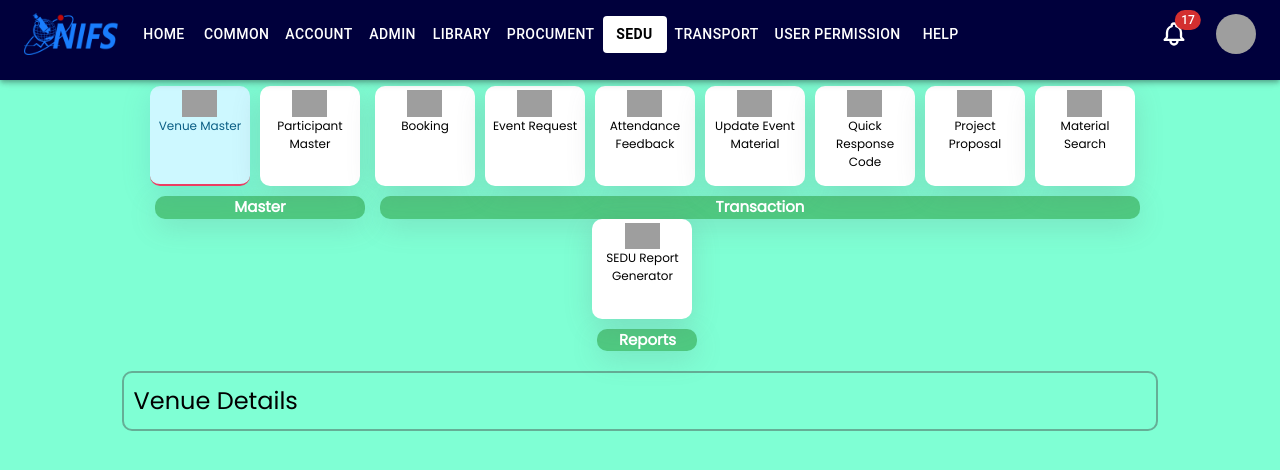
Repository: virangaj/NIFS-WebApp
Page: /sedu/venue-master (app in client/)
An editor plug-in stored every save of this project. The page is shown before and after the next save, followed by the edit.
The browser window is 1280 px wide. The pictures show the whole page.
Pictures or frames that could not be fetched are drawn as grey boxes. The project was rebuilt for these pictures with package versions that can differ from the ones it lists, and the page was loaded fresh each time. Also part of the build but not shown: client/src/pages/Login.tsx, client/src/pages/Home.tsx, client/src/components/Transport/shared/TransportNavbar.js, client/src/pages/TransportMainPage.tsx, client/src/pages/CommonMainPage.tsx, client/src/pages/AccountMainPage.tsx, client/src/pages/AdminMainPage.tsx, client/src/pages/LibraryMainPage.js and 14 more.

Above is the page before, as saved 2022-07-30 14:43:19.

### client/public/index.html
<!DOCTYPE html>
<html lang="en">
	<head>
		<meta charset="utf-8" />
		<link rel="icon" href="nifs_logo.png" />
		<meta name="viewport" content="width=device-width, initial-scale=1" />
		<meta name="theme-color" content="#000000" />
		<meta
			name="description"
			content="Web site created using create-react-app"
		/>
		<link rel="apple-touch-icon" href="%PUBLIC_URL%/logo192.png" />
		<!--
      manifest.json provides metadata used when your web app is installed on a
      user's mobile device or desktop. See https://developers.google.com/web/fundamentals/web-app-manifest/
    -->
		<link rel="manifest" href="%PUBLIC_URL%/manifest.json" />
		<!--
      Notice the use of %PUBLIC_URL% in the tags above.
      It will be replaced with the URL of the `public` folder during the build.
      Only files inside the `public` folder can be referenced from the HTML.

      Unlike "/favicon.ico" or "favicon.ico", "%PUBLIC_URL%/favicon.ico" will
      work correctly both with client-side routing and a non-root public URL.
      Learn how to configure a non-root public URL by running `npm run build`.
    -->
		<link
			href="https://fonts.googleapis.com/css?family=Poppins"
			rel="stylesheet"
		/>
		<title>NIFS Dashboard</title>
	</head>
	<body>
		<noscript>You need to enable JavaScript to run this app.</noscript>
		<div id="root"></div>
		<!--
      This HTML file is a template.
      If you open it directly in the browser, you will see an empty page.

      You can add webfonts, meta tags, or analytics to this file.
      The build step will place the bundled scripts into the <body> tag.

      To begin the development, run `npm start` or `yarn start`.
      To create a production bundle, use `npm run build` or `yarn build`.
    -->
	</body>
</html>

### client/src/index.css
@tailwind base;
@tailwind components;
@tailwind utilities;

* {
  margin: 0;
}

body {
  font-family: 'Poppins';
  -webkit-font-smoothing: antialiased;
  -moz-osx-font-smoothing: grayscale;
  background-color: aliceblue;
}

:root {
  --main-navbar-back: #00003c;
  --nav-title-section-back: rgba(47, 163, 72, 0.589);
  --white: #fff;
  --black: #000;
  --gray: rgba(68, 68, 68, 0.432);
  --border-radius: 10px;
  --pimary: rgb(10, 94, 133);
  --warning: #ed3d63;

}


.nav-logo {
  width: 100px;
  height: auto;
}

a {
  text-decoration: none;
}


/* main navbar */
.main-navbar {
  background-color: var(--main-navbar-back) !important;
  width: 100% !important;
  height: 80px !important;

}



/* secondary navbar */
.secondary-navbar {
  margin: auto;
}

.nav-flex-section {
  display: -webkit-flex;
  display: -ms-flexbox;
  display: flex;
  -webkit-flex-wrap: wrap;
  -ms-flex-wrap: wrap;
  flex-wrap: wrap;
  justify-content: center;
}

.nav-flex-inside {
  margin-left: 5px;
  margin-left: 5px;
}

.nav-title {
  font-size: 15px;
  text-align: center;
  color: var(--white);
  font-weight: 600;

}

.nav-title-section {
  border-radius: var(--border-radius);
  background-color: var(--nav-title-section-back);
  box-shadow: rgba(100, 100, 111, 0.2) 0px 7px 29px 0px;
  pointer-events: none;
  margin-left: 10px;
  margin-left: 10px;
}

.nav-icon {
  width: 40px;
}

.nav-link {
  display: flex;
  display: -webkit-flex;
  display: -ms-flexbox;
  flex-direction: column;
  align-items: center;
  font-size: 14px;
  margin-left: 5px;
  margin-right: 5px;
  border: none;
  box-shadow: rgba(100, 100, 111, 0.2) 0px 7px 29px 0px;
  padding: 4px 8px 6px 8px;
  margin-bottom: 10px;
  text-align: center;
  width: 125px;
  border-radius: var(--border-radius);
  background-color: var(--white);
  outline: none;
  min-height: 100px;
}

.nav-link:hover {
  color: var(--pimary);
  cursor: pointer;
  box-shadow: rgba(81, 146, 177, 0.2) 0px 7px 29px 0px;
  background-color: rgb(254, 255, 205);
  border-bottom: 2px solid var(--warning);
}


.nav-link:active {
  color: var(--pimary);
  cursor: pointer;
  box-shadow: rgba(81, 146, 177, 0.2) 0px 7px 29px 0px;
  background-color: rgb(205, 248, 255);
  border-bottom: 2px solid var(--warning);
}

.nav-link-active {
  color: var(--pimary);
  cursor: pointer;
  box-shadow: rgba(81, 146, 177, 0.2) 0px 7px 29px 0px;
  background-color: rgb(205, 248, 255);
  border-bottom: 2px solid var(--warning);
}

/* body content*/
.body-content {
  margin: auto;
  width: 90%;
  margin-top: 12vh;

}

/* main page content */
.main-content {
  width: 90%;
  margin: auto;
  margin-top: 20px;
}

/* sub page content */

.sub-body-content {
  border: 2px solid var(--gray);
  border-radius: var(--border-radius);
  padding: 10px;
}

.sub-body-title {
  font-size: 24px;
}



/* error page */
.error-page {
  border: 2px solid var(--gray);
  border-radius: var(--border-radius);
  height: 50vh;
  width: 50vw;
  margin: auto;
  margin-top: 50px;
}

.error-page-content {
  text-align: center;
  margin-top: 50px;
}

.error-page-content h1 {
  font-size: 100px;
  color: var(--warning);
  font-weight: 700;
  pointer-events: none;

}

.error-page-content p {
  font-size: 20px;
  margin-bottom: 20px;
  pointer-events: none;
}


@media screen and (max-width: 1366px) {
  body {
    background-color: aquamarine;
  }

  .nav-link {
    font-size: 12px;
    padding: 4px 4px 6px 4px;
    width: 100px;
    min-height: 100px;
  }

  .nav-icon {
    width: 35px;
  }
}

### client/src/App.tsx
import React, { useEffect } from 'react';
import Navbar from './components/shared/Navbar';
import Login from './pages/Login'
import { BrowserRouter as Router, Route, Routes } from 'react-router-dom'
import Home from './pages/Home';
import TransportMainPage from './pages/TransportMainPage';
import CommonMainPage from './pages/CommonMainPage';
import AccountMainPage from './pages/AccountMainPage';
import AdminMainPage from './pages/AdminMainPage';
import LibraryMainPage from './pages/LibraryMainPage';
import ProcumentMainPage from './pages/ProcumentMainPage';
import SeduMainPage from './pages/SeduMainPage';
import UserPermissionMainPage from './pages/UserPermissionMainPage';
import NotificationMainPage from './pages/NotificationMainPage';
import HelpMainPage from './pages/HelpMainPage';
import ErrorPage from './pages/ErrorPage';


function App() {


  return (
    <Router>
      <Navbar />
      <Routes>

        <Route path="/login" element={<Login />} />
        <Route path="/" element={<Home />} />
        <Route path="/common/*" element={<CommonMainPage />} />
        <Route path="/account/*" element={<AccountMainPage />} />
        <Route path="/admin/*" element={<AdminMainPage />} />
        <Route path="/library/*" element={<LibraryMainPage />} />
        <Route path="/procument/*" element={<ProcumentMainPage />} />
        <Route path="/sedu/*" element={<SeduMainPage />} />
        <Route path="/transport/*" element={<TransportMainPage />} />
        <Route
          path="/user-permission/*"
          element={<UserPermissionMainPage />}
        />
        <Route
          path="/notification/*"
          element={<NotificationMainPage />}
        />
        <Route path="/help/*" element={<HelpMainPage />} />
        <Route path="/error-404" element={<ErrorPage />} />
      </Routes>


    </Router>
  );
}

export default App;

### client/src/components/shared/Navbar.tsx
import * as React from 'react';
import AppBar from '@mui/material/AppBar';
import Box from '@mui/material/Box';
import Toolbar from '@mui/material/Toolbar';
import IconButton from '@mui/material/IconButton';
import Typography from '@mui/material/Typography';
import Menu from '@mui/material/Menu';
import Container from '@mui/material/Container';
import Avatar from '@mui/material/Avatar';
import Button from '@mui/material/Button';
import Tooltip from '@mui/material/Tooltip';
import MenuItem from '@mui/material/MenuItem';
import { HiMenuAlt2, HiOutlineBell } from "react-icons/hi";
import Badge from '@mui/material/Badge';
import Logo from '../../images/nifs_logo.png'
import { Link, useLocation } from 'react-router-dom';
import Pages from '../data/MainNavPages.json';

const settings = [
    {
        id: 0,
        title: 'Login',
        link: '/login',
    },
];
const Navbar = () => {

    // nav bar function and variables
    const location: any = useLocation();

    const [anchorElNav, setAnchorElNav] = React.useState<null | HTMLElement>(null);
    const [anchorElUser, setAnchorElUser] = React.useState<null | HTMLElement>(null);

    const handleOpenNavMenu = (event: React.MouseEvent<HTMLElement>) => {
        setAnchorElNav(event.currentTarget);
    };
    const handleOpenUserMenu = (event: React.MouseEvent<HTMLElement>) => {
        setAnchorElUser(event.currentTarget);
    };

    const handleCloseNavMenu = () => {
        setAnchorElNav(null);
    };

    const handleCloseUserMenu = () => {
        setAnchorElUser(null);
    };

    return (
        <AppBar position="fixed" className="main-navbar">
            <Container maxWidth="xl">
                <Toolbar disableGutters>
                    {/*Responsive view start here  */}
                    <Box sx={{ display: { xs: 'none', md: 'flex' }, mr: 1 }}>
                        <Link to='/'>
                            <img src={Logo} alt="logo" className="nav-logo" />
                        </Link>
                    </Box>


                    <Box sx={{ flexGrow: 1, display: { xs: 'flex', md: 'none' } }}>
                        <IconButton
                            size="large"
                            aria-label="account of current user"
                            aria-controls="menu-appbar"
                            aria-haspopup="true"
                            onClick={handleOpenNavMenu}
                            color="inherit"
                        >
                            <HiMenuAlt2 />
                        </IconButton>
                        <Menu
                            id="menu-appbar"
                            anchorEl={anchorElNav}
                            anchorOrigin={{
                                vertical: 'bottom',
                                horizontal: 'left',
                            }}
                            keepMounted
                            transformOrigin={{
                                vertical: 'top',
                                horizontal: 'left',
                            }}
                            open={Boolean(anchorElNav)}
                            onClose={handleCloseNavMenu}
                            sx={{
                                display: { xs: 'block', md: 'none' },
                            }}
                        >
                            {Pages && Pages.map((page, index) => (
                                location.pathname.split('/')[1] === page.link.split('/')[1] ?
                                    <Link to={page.link} style={{ textDecoration: 'none' }} key={index}>
                                        <Button

                                            onClick={handleCloseNavMenu}
                                            sx={{ my: 2, color: 'white', display: 'block' }}
                                            style={{ backgroundColor: '#000', color: '#fff', fontWeight: 700 }}
                                        >
                                            {page.title}
                                        </Button>
                                    </Link>
                                    :
                                    <Link to={page.link} style={{ textDecoration: 'none' }} key={index}>
                                        <Button
                                            key={page.id}
                                            onClick={handleCloseNavMenu}
                                            sx={{ my: 2, color: 'white', display: 'block' }}
                                            style={{ backgroundColor: '#fff', color: '#000' }}
                                        >
                                            {page.title}
                                        </Button>
                                    </Link>
                            ))}
                        </Menu>
                    </Box>
                    {/* Responsive view ends here */}

                    {/* Full width starts here */}
                    <Box
                        sx={{
                            mr: 2,
                            display: { xs: 'flex', md: 'none' },
                            flexGrow: 1,
                        }}
                    >
                        <Link to='/'>
                            <img src={Logo} alt="logo" className="nav-logo" />
                        </Link>
                    </Box>

                    <Box sx={{ flexGrow: 1, display: { xs: 'none', md: 'flex' } }}>
                        {Pages.map((page, index) => (
                            location.pathname.split('/')[1] === page.link.split('/')[1] ?
                                <Link to={page.link} style={{ textDecoration: 'none' }} key={index}>
                                    <Button
                                        onClick={handleCloseNavMenu}
                                        sx={{ my: 2, color: 'white', display: 'block' }}
                                        style={{ backgroundColor: '#fff', color: '#000', fontWeight: 700 }}


                                    >
                                        {page.title}
                                    </Button>
                                </Link>
                                :
                                <Link to={page.link} style={{ textDecoration: 'none' }} key={index}>
                                    <Button
                                        key={page.id}
                                        onClick={handleCloseNavMenu}
                                        sx={{ my: 2, color: 'white', display: 'block' }}

                                    >
                                        {page.title}
                                    </Button>
                                </Link>
                        ))}
                    </Box>
                    <IconButton
                        size="large"
                        aria-label="show 17 new notifications"
                        color="inherit"
                        sx={{ mr: 2 }}
                    >
                        <Badge badgeContent={17} color="error">
                            <HiOutlineBell />
                        </Badge>
                    </IconButton>
                    <Box sx={{ flexGrow: 0 }}>
                        <Tooltip title="Open settings">
                            <IconButton onClick={handleOpenUserMenu} sx={{ p: 0 }}>
                                <Avatar alt="Remy Sharp" src="/static/images/avatar/2.jpg" />
                            </IconButton>
                        </Tooltip>
                        <Menu
                            sx={{ mt: '45px' }}
                            id="menu-appbar"
                            anchorEl={anchorElUser}
                            anchorOrigin={{
                                vertical: 'top',
                                horizontal: 'right',
                            }}
                            keepMounted
                            transformOrigin={{
                                vertical: 'top',
                                horizontal: 'right',
                            }}
                            open={Boolean(anchorElUser)}
                            onClose={handleCloseUserMenu}
                        >
                            {settings && settings.map((setting, index) => (
                                <MenuItem key={index} onClick={handleCloseUserMenu}>
                                    <Typography textAlign="center">{setting.title}</Typography>
                                </MenuItem>
                            ))}
                        </Menu>
                    </Box>
                </Toolbar>
            </Container>
        </AppBar>
    );
};
export default Navbar;

### client/src/pages/SeduMainPage.tsx
import React from 'react';
import { Route, Routes } from 'react-router-dom';
import AttendanceFeedback from '../components/sedu/AttendanceFeedback';
import EventRequest from '../components/sedu/EventRequest';
import MaterialSearch from '../components/sedu/MaterialSearch';
import ParticipantMaster from '../components/sedu/ParticipantMaster';
import ProjectProposal from '../components/sedu/ProjectProposal';
import QuickResponseCode from '../components/sedu/QuickResponseCode';
import SeduBooking from '../components/sedu/SeduBooking';
import SeduReportGenerator from '../components/sedu/SeduReportGenerator';
import SeduSecondaryNavbar from '../components/sedu/shared/SeduSecondaryNavbar';
import UpdateEventMaterial from '../components/sedu/UpdateEventMaterial';
import VenueMaster from '../components/sedu/VenueMaster';
import SecondaryNavbar from '../components/shared/SecondaryNavbar';
import Pages from '../components/data/SeduNavData.json'

// sedu main page where all other section of sedu department can be access from here
function SeduMainPage() {
	// console.log(Pages);


	return <div className='body-content'>
		{/* <SeduSecondaryNavbar /> */}
		<SecondaryNavbar pages={Pages} />
		<div className="main-content">
			<Routes>
				<Route path="/venue-master" element={<VenueMaster />} />
				<Route path="/participant-master" element={<ParticipantMaster />} />
				<Route path="/booking" element={<SeduBooking />} />
				<Route path="/event-request" element={<EventRequest />} />
				<Route path="/attendance-feedback" element={<AttendanceFeedback />} />
				<Route path="/update-material" element={<UpdateEventMaterial />} />
				<Route path="/quick-response" element={<QuickResponseCode />} />
				<Route path="/project-proposal" element={<ProjectProposal />} />
				<Route path="/material-search" element={<MaterialSearch />} />
				<Route path="/report-generator" element={<SeduReportGenerator />} />

			</Routes>
		</div>
	</div>;
}

export default SeduMainPage;

### client/src/components/data/MainNavPages.json
[
    {
        "id": 0,
        "title": "Home",
        "link": "/"
    },
    {
        "id": 1,
        "title": "Common",
        "link": "/common"
    },
    {
        "id": 2,
        "title": "Account",
        "link": "/account"
    },
    {
        "id": 3,
        "title": "Admin",
        "link": "/admin"
    },
    {
        "id": 4,
        "title": "Library",
        "link": "/library"
    },
    {
        "id": 5,
        "title": "Procument",
        "link": "/procument"
    },
    {
        "id": 6,
        "title": "SEDU",
        "link": "/sedu"
    },
    {
        "id": 7,
        "title": "Transport",
        "link": "/transport"
    },
    {
        "id": 8,
        "title": "User Permission",
        "link": "/user-permission"
    },
    {
        "id": 10,
        "title": "Help",
        "link": "/help"
    }
]

### client/src/components/shared/SecondaryNavbar.tsx
import React from 'react'

import Box from '@mui/material/Box';
import { Link, useLocation } from 'react-router-dom';
import Employees from '../data/Employee.json';
function SecondaryNavbar(props: any) {
    const location = useLocation();
    const user = Employees[0];
    // const isAdmin: Boolean = user.deparment.toUpperCase() === location.pathname.split('/')[1].toUpperCase() && user.admin === true;
    const isAdmin: Boolean = true;

    console.log(isAdmin)
    const pages: any = props.pages;
    return (
        <Box sx={{ width: '90%' }} className="secondary-navbar nav-flex-section">
            {pages.map((content: any, index: number) => (
                isAdmin ? <div className='nav-flex-inside' key={index}>
                    <div className='nav-flex-section'>
                        {content.routes.map((page: any, i: number) => (
                            <Link to={page.link} key={i}>
                                <button className={location.pathname === page.link ? 'nav-link nav-link-active' : 'nav-link'}><span ><img src={page.img} alt={page.title} className='nav-icon' /></span> {page.title}</button>
                            </Link>
                        ))}
                    </div>
                    <div className='nav-title-section'>
                        <p className='nav-title'>{content.section}</p>
                    </div>
                </div> :
                    !content.only_admin ? <div className='nav-flex-inside' key={index}>
                        <div className='nav-flex-section'>
                            {content.routes.map((page: any, i: number) => (
                                isAdmin ? <Link to={page.link} key={i}>
                                    <button className={location.pathname === page.link ? 'nav-link nav-link-active' : 'nav-link'}><span ><img src={page.img} alt={page.title} className='nav-icon' /></span> {page.title}</button>
                                </Link> : (!page.only_admin ? <Link to={page.link} key={i}>
                                    <button className={location.pathname === page.link ? 'nav-link nav-link-active' : 'nav-link'}><span ><img src={page.img} alt={page.title} className='nav-icon' /></span> {page.title}</button>
                                </Link> : "")
                            ))}
                        </div>
                        <div className='nav-title-section'>
                            <p className='nav-title'>{content.section}</p>
                        </div>
                    </div> : ""
            ))}

        </Box>


    )
}

export default SecondaryNavbar

### client/src/components/sedu/VenueMaster.tsx
import React from 'react'

function VenueMaster() {



    return (
        <div className='sub-body-content'>
            <h1 className='sub-body-title'>Venue Details</h1>

        </div>
    )
}

export default VenueMaster

### client/src/components/data/SeduNavData.json
[
    {
        "section": "Master",
        "only_admin": false,
        "routes": [
            {
                "title": "Venue Master",
                "link": "/sedu/venue-master",
                "img": "https://img.icons8.com/fluency/50/000000/home.png",
                "only_admin": false
            },
            {
                "title": "Participant Master",
                "link": "/sedu/participant-master",
                "img": "https://img.icons8.com/fluency/50/000000/conference-foreground-selected.png",
                "only_admin": false
            }
        ]
    },
    {
        "section": "Transaction",
        "only_admin": false,
        "routes": [
            {
                "title": "Booking",
                "link": "/sedu/booking",
                "img": "https://img.icons8.com/fluency/50/000000/calendar-plus.png",
                "only_admin": false
            },
            {
                "title": "Event Request",
                "link": "/sedu/event-request",
                "img": "https://img.icons8.com/fluency/50/000000/invite.png",
                "only_admin": false
            },
            {
                "title": "Attendance Feedback",
                "link": "/sedu/attendance-feedback",
                "img": "https://img.icons8.com/fluency/50/000000/feedback-hub.png",
                "only_admin": false
            },
            {
                "title": " Update Event Material",
                "link": "/sedu/update-material",
                "img": "https://img.icons8.com/fluency/50/000000/available-updates.png",
                "only_admin": false
            },
            {
                "title": "Quick Response Code",
                "link": "/sedu/quick-response",
                "img": "https://img.icons8.com/fluency/50/000000/barcode-scanner.png",
                "only_admin": false
            },
            {
                "title": "Project Proposal",
                "link": "/sedu/project-proposal",
                "img": "https://img.icons8.com/fluency/50/000000/documents.png",
                "only_admin": false
            },
            {
                "title": "Material Search",
                "link": "/sedu/material-search",
                "img": "https://img.icons8.com/fluency/50/000000/search.png",
                "only_admin": false
            }
        ]
    },
    {
        "section": "Reports",
        "only_admin": true,
        "routes": [
            {
                "title": "SEDU Report Generator",
                "link": "/sedu/report-generator",
                "img": "https://img.icons8.com/cute-clipart/50/000000/load-from-file.png",
                "only_admin": true
            }
        ]
    }
]

### client/src/components/data/Employee.json
[
    {
        "id": 0,
        "value": "Mr. Kamal",
        "admin": true,
        "deparment": "Transpoort"
    },
    {
        "id": 1,
        "value": "Mr. Sunil",
        "admin": true,
        "deparment": "SEDU"
    },
    {
        "id": 2,
        "value": "Mr. Kusal",
        "admin": false,
        "deparment": "Transpoort"
    },
    {
        "id": 3,
        "value": "Mrs. Nayana",
        "admin": false,
        "deparment": "SEDU"
    },
    {
        "id": 4,
        "value": "Miss Rashmi",
        "admin": false,
        "deparment": "Transpoort"
    }
]

Loaded but not shown: client/src/index.tsx (common file); client/src/reportWebVitals.ts (common file); client/tailwind.config.js (common file)

After the next save:
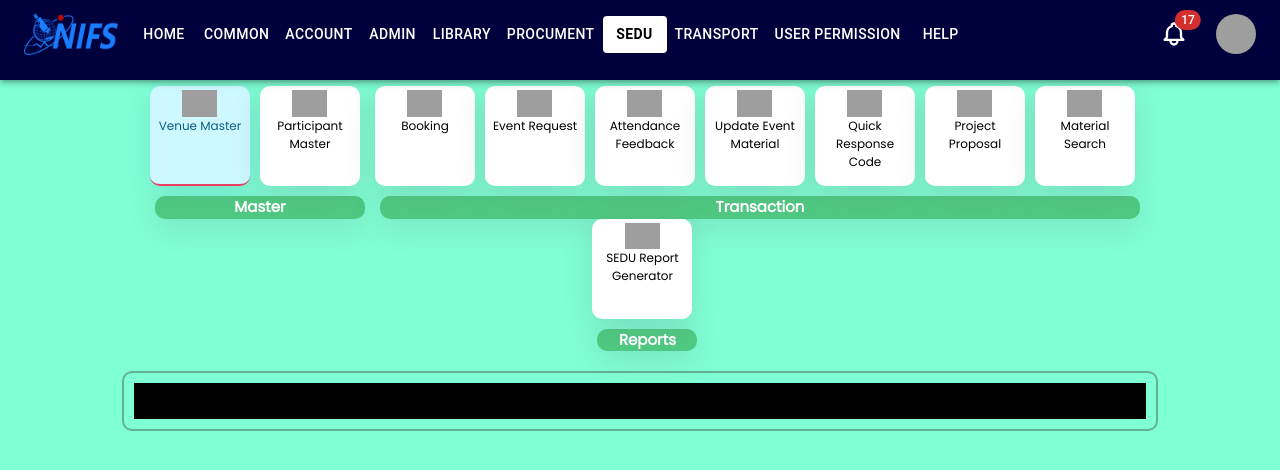
Saved 55 s later.
--- a/client/src/components/sedu/VenueMaster.tsx
+++ b/client/src/components/sedu/VenueMaster.tsx
@@ -6,7 +6,7 @@ function VenueMaster() {
 
     return (
         <div className='sub-body-content'>
-            <h1 className='sub-body-title'>Venue Details</h1>
+            <h1 className='sub-body-title bg-black'>Venue Details</h1>
 
         </div>
     )
